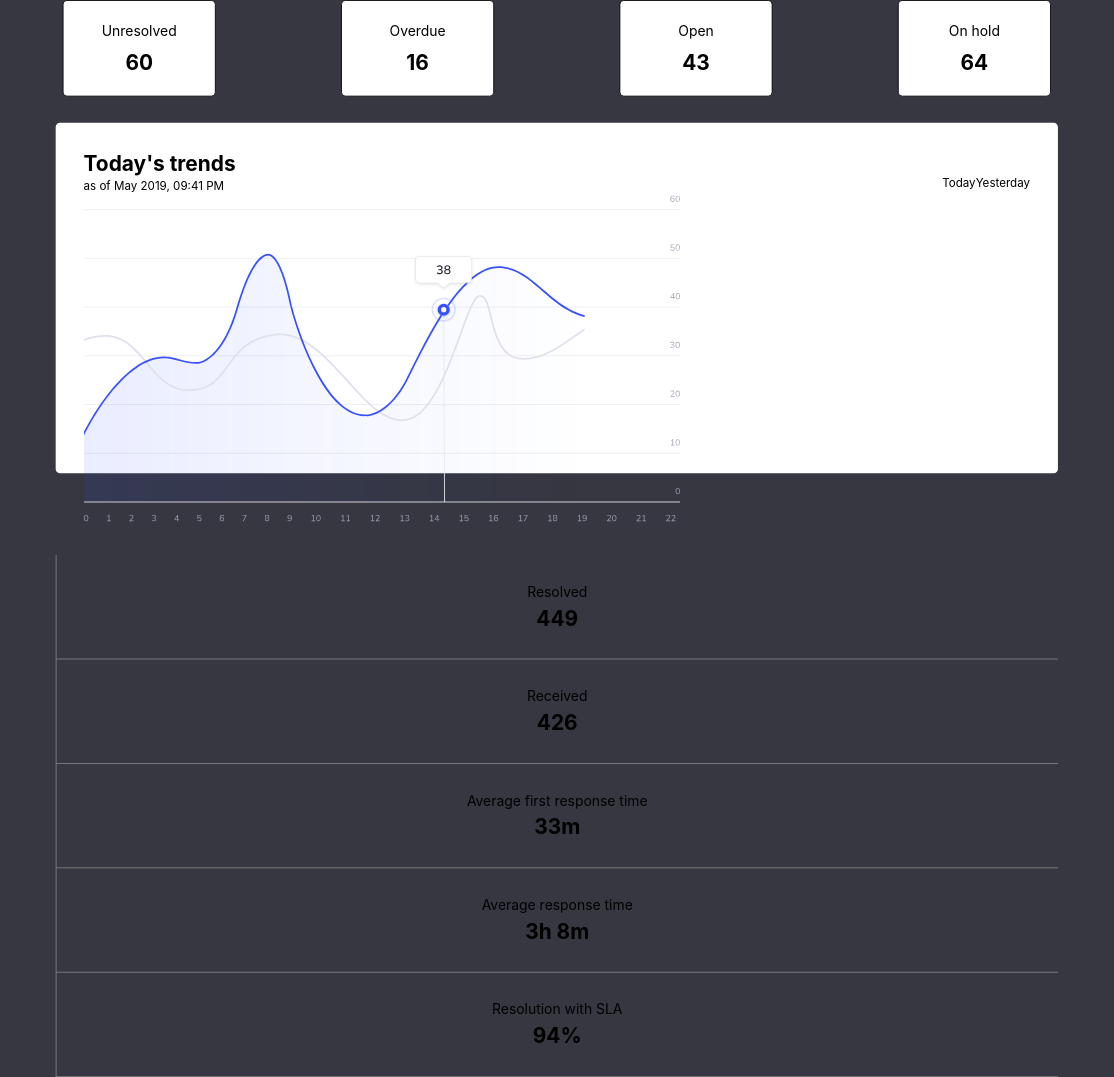
Repository: BuduCE/dashboard
Page: /
The author's editor kept a copy of each file at every save. The page is drawn from the files as they stood at one save, then again after the next save.
The browser window is 1280 px wide. The pictures show the whole page, at 87% of full size.
Some web libraries are served in a nearby version. The project was rebuilt for these pictures with package versions that can differ from the ones it lists, and the page was loaded fresh each time.

Above is the page before, as saved 2022-08-03 23:24:28.

After the next save:
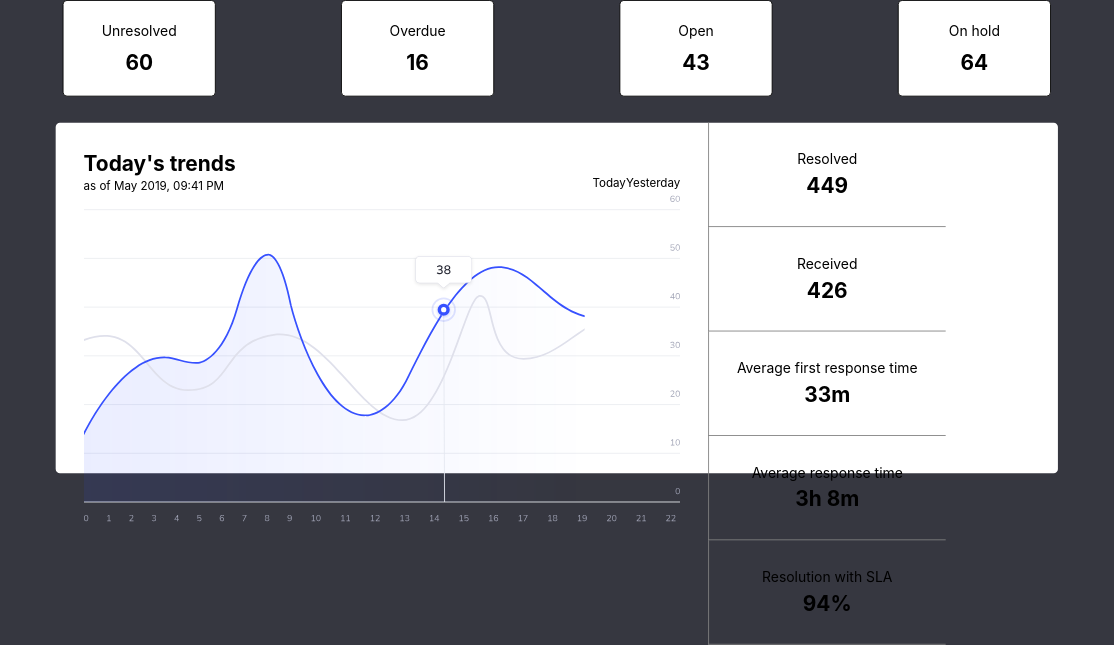
Saved 22 s later.
--- a/src/pages/Overview/styles.css
+++ b/src/pages/Overview/styles.css
@@ -28,6 +28,7 @@
     border-radius: 5px;
     height: 56vh;
     margin-top: 30px;
+    display: flex;
 }
 .trends_head{
     padding: 32px;

After the 2 saves that followed:
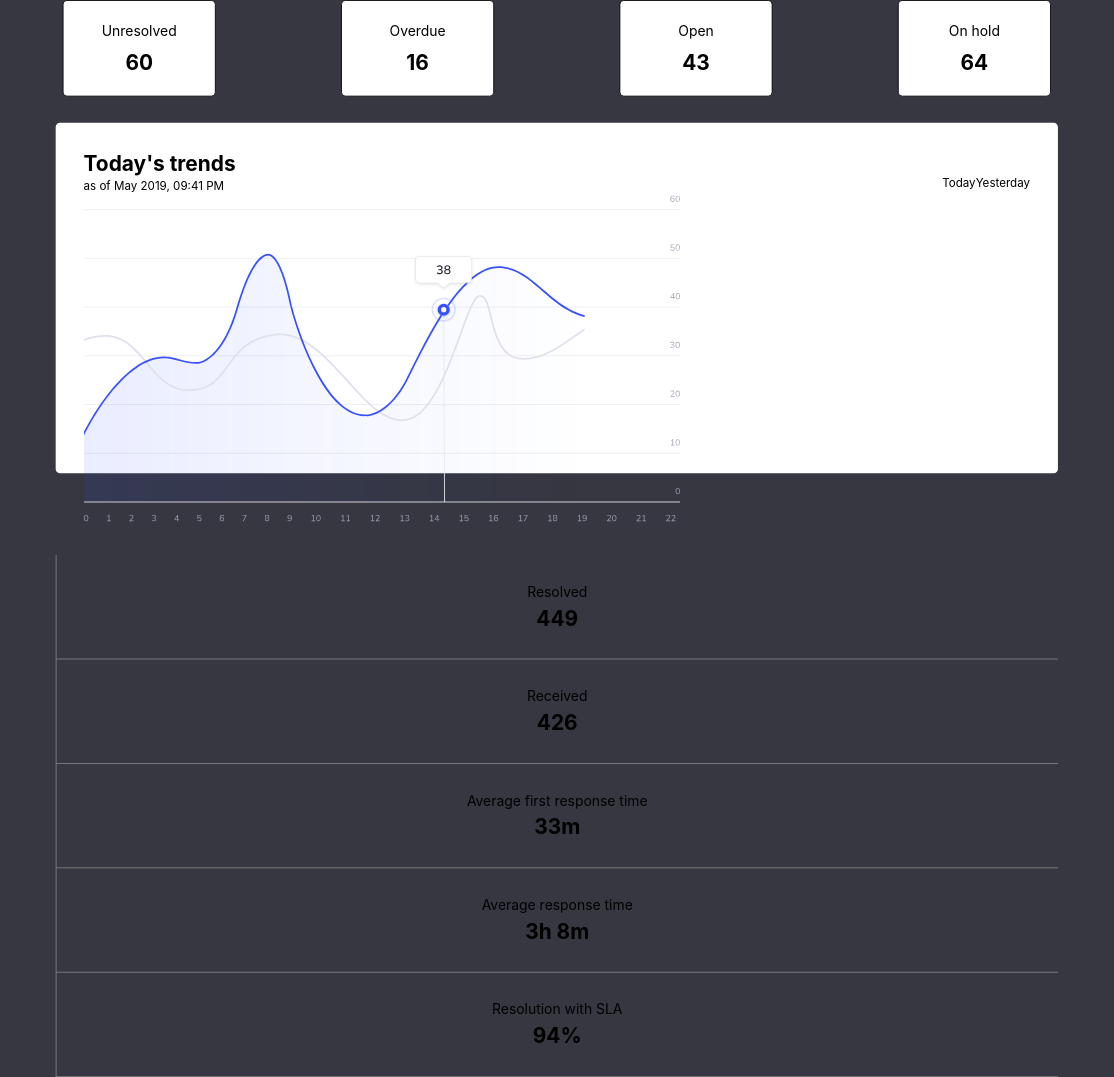
The 2 saves are shown as one change because they came seconds apart.
The last was saved 25 s later.
--- a/src/pages/Overview/styles.css
+++ b/src/pages/Overview/styles.css
@@ -28,7 +28,8 @@
     border-radius: 5px;
     height: 56vh;
     margin-top: 30px;
-    display: flex;
+    display: grid;
+    grid-template-columns: ;
 }
 .trends_head{
     padding: 32px;
